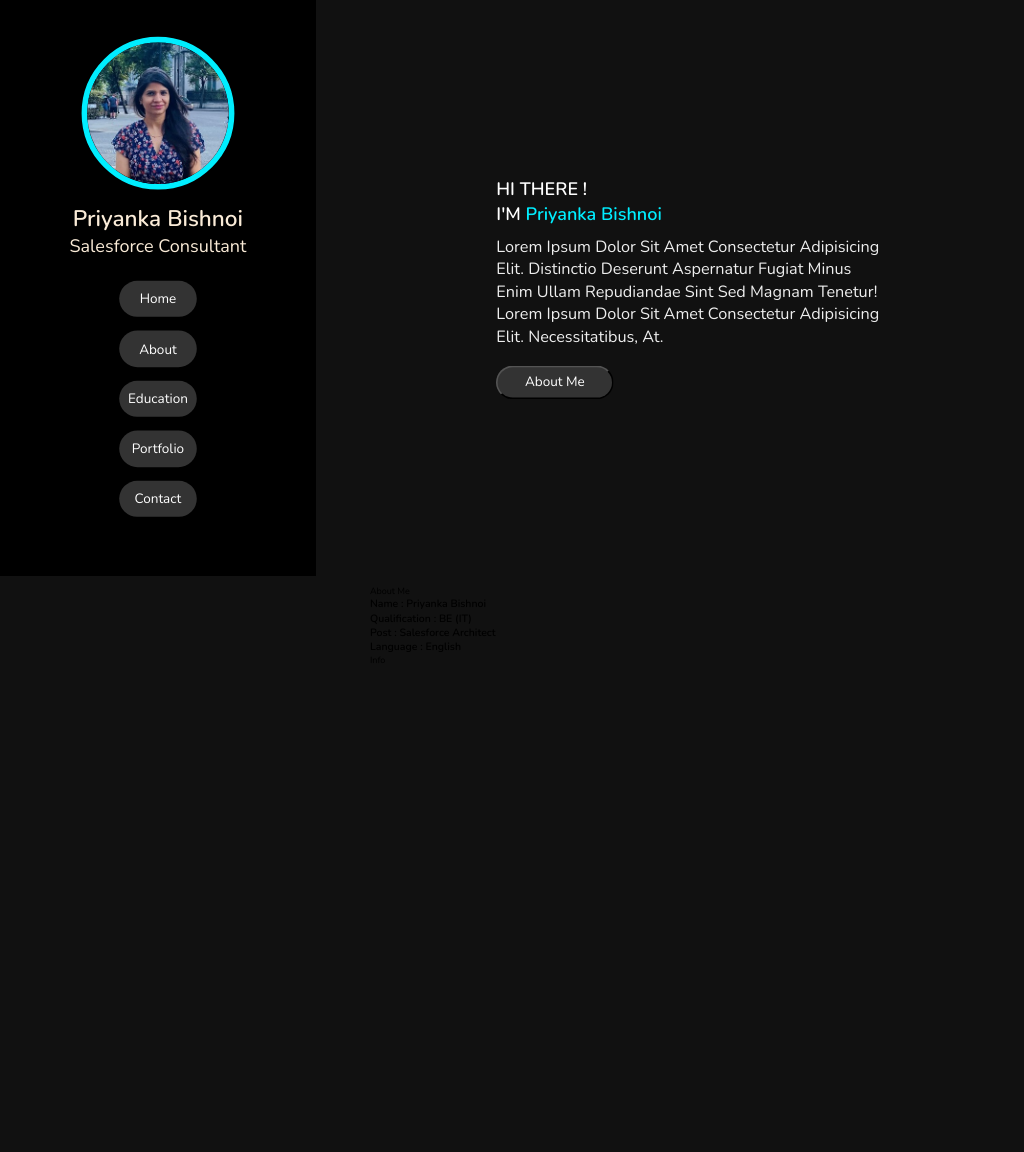
Repository: priyanka-bishnoi/PortfolioPage
Page: MyPage.html
The author's editor kept a copy of each file at every save. The page is drawn from the files as they stood at one save, then again after the next save.
The browser window is 1280 px wide. The pictures show the whole page, at 80% of full size.

Above is the page before, as saved 2022-10-08 17:14:09.

After the next save:
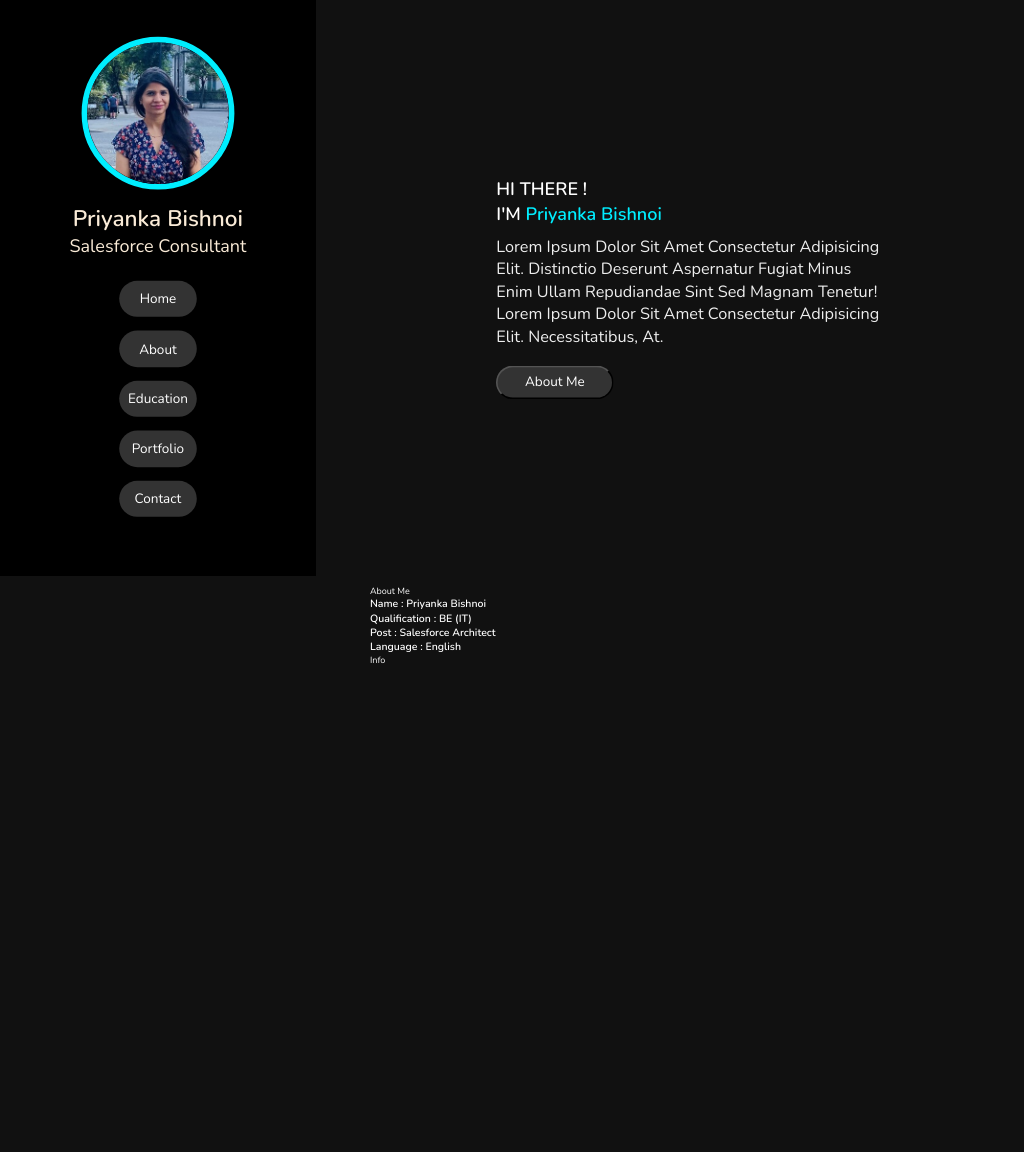
Saved 27 s later.
--- a/css/style.css
+++ b/css/style.css
@@ -126,8 +126,8 @@ header .navBar ul li a:hover{
 }
 
 .about {
-
+ color:white;
 }
 .about .row {
-
+ color:white;
 }
